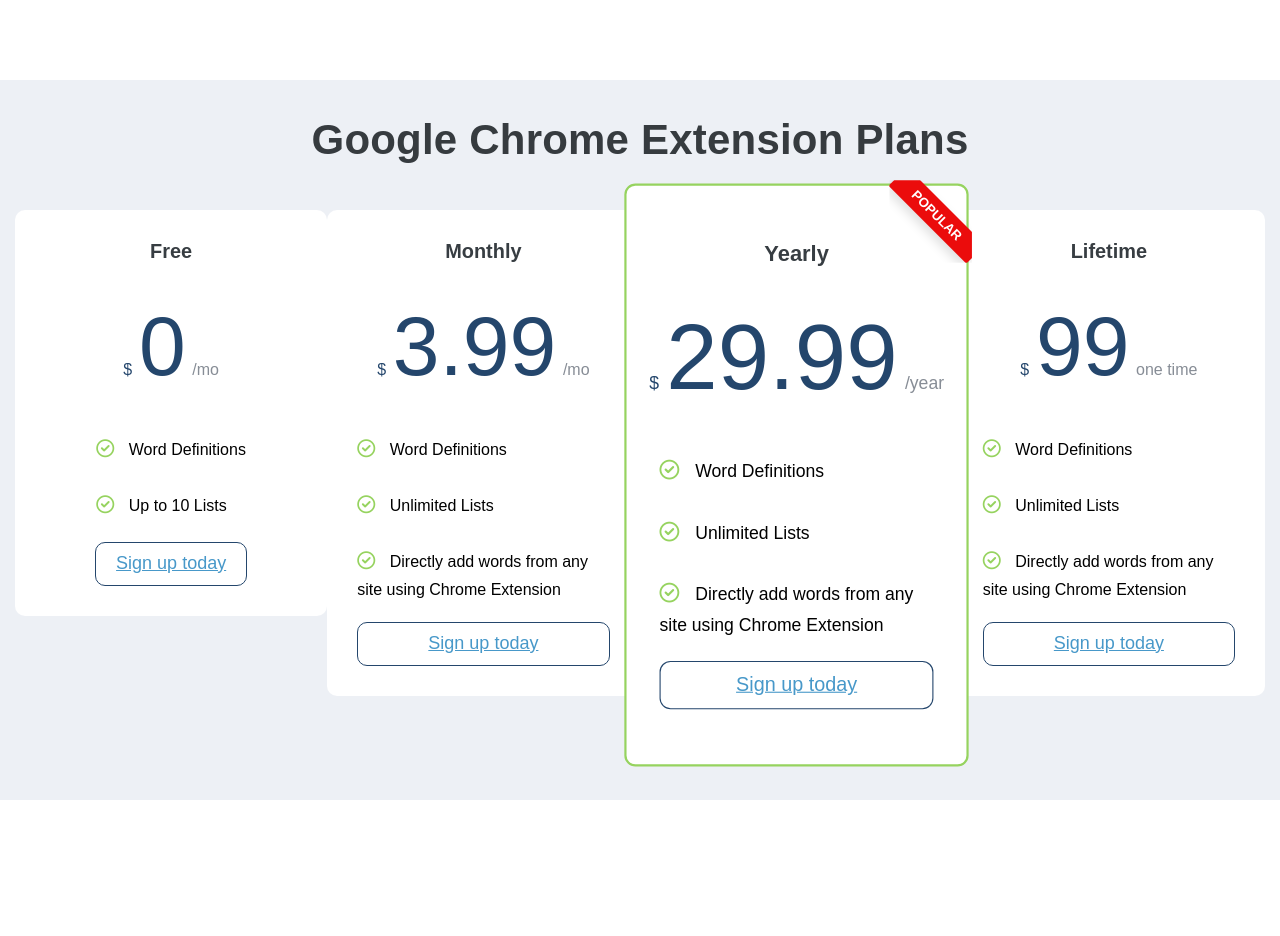
Repository: Novoselets28/chatos-test-task
Page: index.html
An editor plug-in stored every save of this project. The page is shown before and after the next save, followed by the edit.
The browser window is 1280 px wide. The pictures show the whole page.

Above is the page before, as saved 2023-04-19 22:26:01.

After the next save:
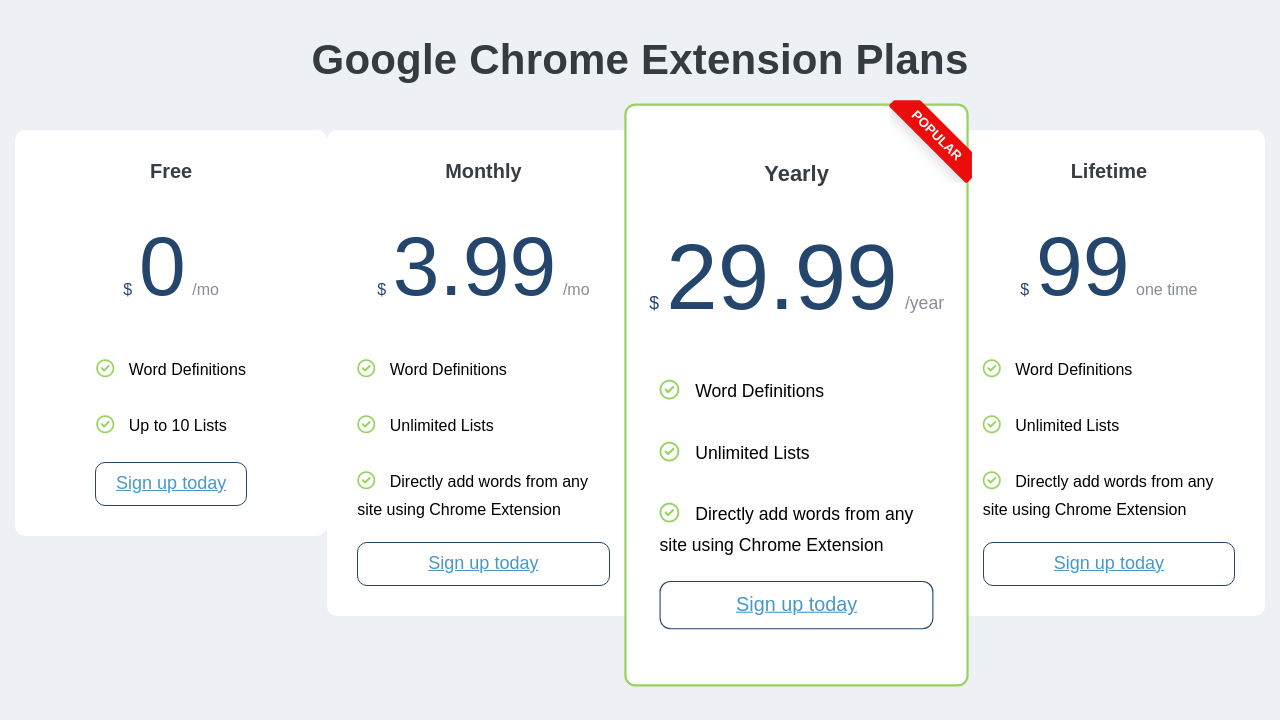
Saved 53 s later.
--- a/index.css
+++ b/index.css
@@ -2,14 +2,6 @@
     margin: 0;
     padding: 0;
     box-sizing: border-box;
-}
-
-.page__extension {
-
-}
-
-.extension{
-    padding: 80px 0px 136px 0px;
 }
 
 .extension__container{
